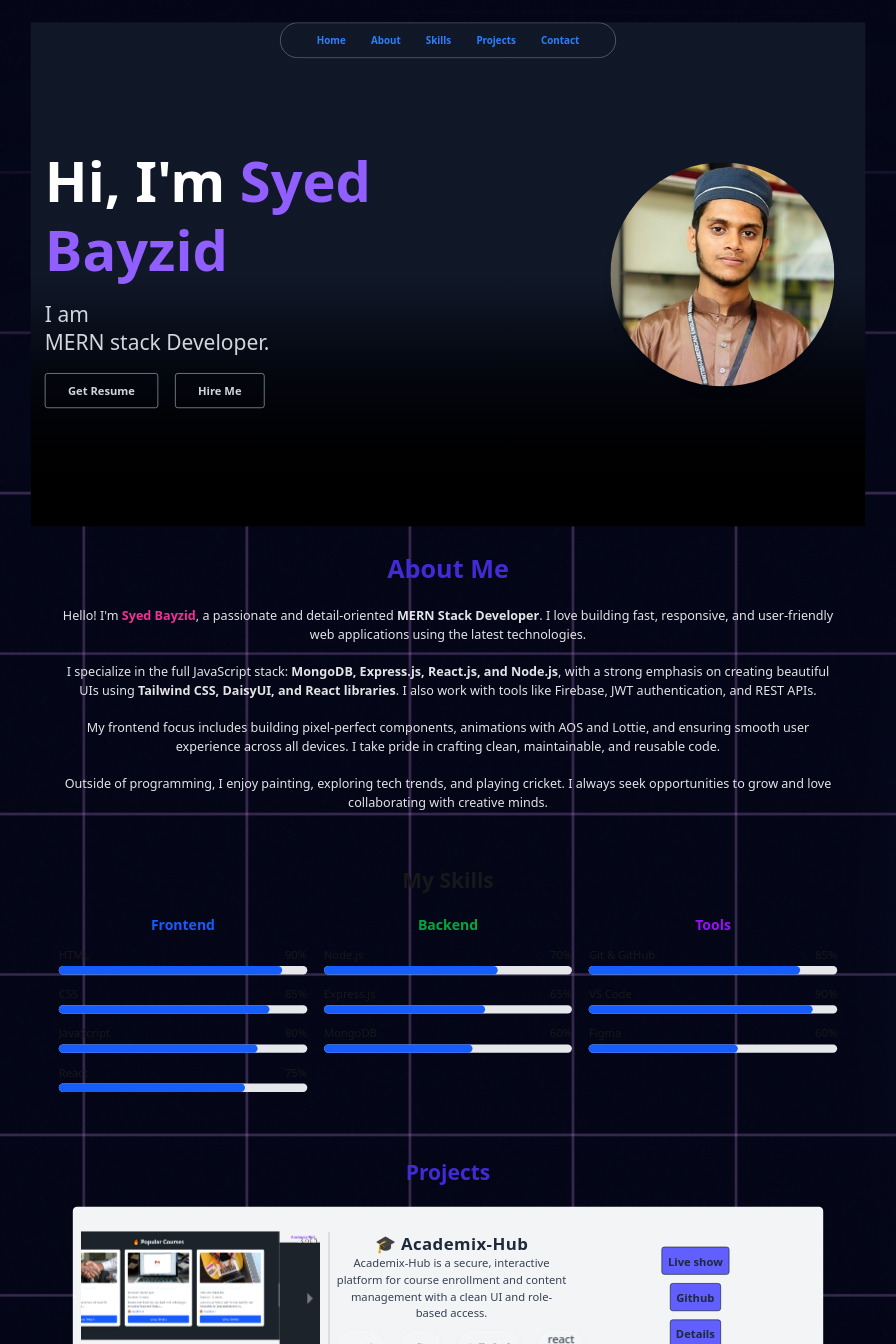
Repository: syedbayzid82849/syed-bayzid
Page: /
The author's editor kept a copy of each file at every save. The page is drawn from the files as they stood at one save, then again after a run of saves.
The browser window is 1280 px wide. The pictures show the part of the page from y = 0 to 1920 px (the page is 2972 px tall), at 70% of full size.
The project was rebuilt for these pictures with package versions that can differ from the ones it lists, and the page was loaded fresh each time. Also part of the build but not shown: vite.config.js, src/App.jsx.

Above is the page before, as saved 2025-08-11 16:19:18.

### index.html
<!doctype html>
<html lang="en">

<head>
  <meta charset="UTF-8" />
  <meta name="viewport" content="width=device-width, initial-scale=1.0" />
  <title>Syed Bayzid</title>
</head>

<body>
  <div id="root"
    style="background-image: url('/src/assets/hero-bg.png'); background-size: cover; background-position: center; min-height: 100vh;">
  </div>
  <script type="module" src="/src/main.jsx"></script>
</body>

</html>

### src/main.jsx
import { StrictMode } from 'react'
import { createRoot } from 'react-dom/client'
import './index.css'
import App from './App.jsx'
import router from './Router/Root/router.jsx'
import { RouterProvider } from 'react-router'

createRoot(document.getElementById('root')).render(
  <StrictMode>
    <div className="max-w-7xl mx-auto"
    >
      <RouterProvider router={router} />
    </div>
  </StrictMode>,
)

### src/index.css
@import "tailwindcss";
@plugin "daisyui";

html {
  scroll-behavior: smooth;
}

/* @layer base {
  :root {
    --background: 222 47% 3%;
    --foreground: 210 40% 98%;
  }

  .dark {
    --background: 222 47% 3%;
    --foreground: 210 40% 98%;
  }
}

@layer base {
  * {
    @apply border-border;
  }

  body {
    @apply bg-background text-foreground font-sans;
  }
}

@layer components {
  .hero-gradient {
    background: var(--gradient-hero);
  }

  .code-block {
    background: var(--gradient-code);
    @apply border border-muted rounded-lg p-3 font-code text-sm;
  }
} */
@layer base {
  :root {
    --hero-primary: 271 81% 56%;
    --hero-secondary: 193 76% 56%;
    --hero-accent: 142 76% 36%;
    --card: 222 47% 5%;
    --card-foreground: 210 40% 98%;
    --muted: 217 33% 17%;
    --muted-foreground: 215 20% 65%;
    --accent: 193 76% 56%;
    --accent-foreground: 222 47% 3%;
  }
}

### src/Router/Root/router.jsx
import React from 'react';
import { createBrowserRouter } from 'react-router';
import HomeLayout from '../../Layouts/HomeLayout/HomeLayout';

const router = createBrowserRouter([
    {
        path: "/",
        element: <HomeLayout></HomeLayout>
    },
]);

export default router;

### src/Layouts/HomeLayout/HomeLayout.jsx
import React from 'react';
import Hero from '../../Components/HomeComponents/Hero';
import AboutMe from '../../Components/AboutMe/AboutMe';
import SkillsSection from '../../Components/SkillsSection/SkillsSection';
import MainProjectsSection from '../../Components/Projects/MainProjectsSection/MainProjectsSection';
import ContactInfo from '../../Components/ContactInfo/ContactInfo';
import Footer from '../../Components/Footer/Footer';
import Navbar from '../../Components/HomeComponents/Navbar/Navbar';

const HomeLayout = () => {
    return (
        <div className='px-3'>
            <Navbar></Navbar>
            <Hero></Hero>
            <AboutMe></AboutMe>
            <SkillsSection></SkillsSection>
            <MainProjectsSection></MainProjectsSection>
            <ContactInfo></ContactInfo>
            <Footer></Footer>
        </div>
    );
};

export default HomeLayout;

### src/Components/HomeComponents/Hero.jsx
import React from 'react';
import toast from 'react-hot-toast';
import { styles } from '../../../style';
import mainProfile from '../../assets/SB.jpg';

const Hero = () => {
    const handleResumeDownload = () => {
        toast.success('Downloading Resume...');
    };

    return (
        <section
            id="home"
            className="bg-gradient-to-b from-gray-900 via-gray-900 to-black text-white transition-colors duration-300 min-h-screen flex items-center"
        >
            <div className="container mx-auto flex flex-col-reverse lg:flex-row items-center justify-between px-5 sm:py-12 gap-10">
                {/* Left Text Content */}
                <div className="max-w-lg text-center lg:text-left space-y-6">
                    <h1 className={`${styles.heroHeadText} text-white`}>
                        Hi, I'm <span className="text-[#915EFF]">Syed Bayzid</span>
                    </h1>
                    <p className={`${styles.heroSubText} mt-2 text-gray-300`}>
                        I am <br className="sm:block hidden" />
                        MERN stack Developer.
                    </p>

                    <div className="flex justify-center lg:justify-start gap-6 mt-6">
                        <a
                            href="/CV of Syed Bayzid.pdf"
                            download
                            target="_blank"
                            rel="noopener noreferrer"
                            onClick={handleResumeDownload}
                            className="px-8 py-3 font-semibold border border-gray-400 rounded text-gray-300 hover:bg-[#915EFF] hover:text-white transition"
                        >
                            Get Resume
                        </a>
                        <a
                            href="https://www.linkedin.com/in/syed-bayzid-b91343329/"
                            target="_blank"
                            rel="noopener noreferrer"
                            className="px-8 py-3 font-semibold border border-gray-400 rounded text-gray-300 hover:bg-gray-700 transition"
                        >
                            Hire Me
                        </a>
                    </div>
                </div>

                {/* Right Image */}
                <div className="flex items-center justify-center p-6 h-72 sm:h-80 lg:h-96 xl:h-[28rem] 2xl:h-[32rem]">
                    <img
                        src={mainProfile}
                        alt="Syed Bayzid Profile"
                        className="rounded-full object-cover w-64 h-64 sm:w-72 sm:h-72 lg:w-80 lg:h-80 shadow-lg"
                    />
                </div>
            </div>
        </section>
    );
};

export default Hero;

### src/Components/AboutMe/AboutMe.jsx
// src/components/AboutMe.jsx
import React from 'react';

const AboutMe = () => {
    return (
        <section id="about" className="px-5 max-w-6xl py-10 mx-auto md:px-5 ">
            <h2 className="text-4xl font-bold text-center mb-8 text-primary">About Me</h2>
            <div className=" mx-auto text-lg text-neutral-content space-y-6">
                <p>
                    Hello! I'm <span class="font-semibold text-secondary">Syed Bayzid</span>, a passionate and detail-oriented <strong>MERN Stack Developer</strong>. I love building fast, responsive, and user-friendly web applications using the latest technologies.
                </p>
                <p>
                    I specialize in the full JavaScript stack: <strong>MongoDB, Express.js, React.js, and Node.js</strong>, with a strong emphasis on creating beautiful UIs using <strong>Tailwind CSS, DaisyUI, and React libraries</strong>. I also work with tools like Firebase, JWT authentication, and REST APIs.
                </p>
                <p>
                    My frontend focus includes building pixel-perfect components, animations with AOS and Lottie, and ensuring smooth user experience across all devices. I take pride in crafting clean, maintainable, and reusable code.
                </p>
                <p>
                    Outside of programming, I enjoy painting, exploring tech trends, and playing cricket. I always seek opportunities to grow and love collaborating with creative minds.
                </p>
            </div>
        </section>
    );
};

export default AboutMe;

### src/Components/SkillsSection/SkillsSection.jsx
import React from 'react';

const SkillsSection = () => {
    const frontendSkills = [
        { name: 'HTML', level: 90 },
        { name: 'CSS', level: 85 },
        { name: 'JavaScript', level: 80 },
        { name: 'React', level: 75 },
    ];

    const backendSkills = [
        { name: 'Node.js', level: 70 },
        { name: 'Express.js', level: 65 },
        { name: 'MongoDB', level: 60 },
    ];

    const tools = [
        { name: 'Git & GitHub', level: 85 },
        { name: 'VS Code', level: 90 },
        { name: 'Figma', level: 60 },
    ];

    const renderSkillBar = (skill) => (
        <div key={skill.name} className="mb-4">
            <div className="flex justify-between mb-1">
                <span>{skill.name}</span>
                <span>{skill.level}%</span>
            </div>
            <div className="w-full bg-gray-200 rounded-full h-3">
                <div
                    className="bg-blue-600 h-3 rounded-full"
                    style={{ width: `${skill.level}%` }}
                ></div>
            </div>
        </div>
    );

    return (
        <section id="skills" className="py-10 px-5 max-w-6xl mx-auto">
            <h2 className="text-3xl font-bold text-center mb-8">My Skills</h2>
            <div className="grid md:grid-cols-3 gap-6">
                <div>
                    <h3 className="text-xl font-semibold mb-4 text-blue-600">Frontend</h3>
                    {frontendSkills.map(renderSkillBar)}
                </div>
                <div>
                    <h3 className="text-xl font-semibold mb-4 text-green-600">Backend</h3>
                    {backendSkills.map(renderSkillBar)}
                </div>
                <div>
                    <h3 className="text-xl font-semibold mb-4 text-purple-600">Tools</h3>
                    {tools.map(renderSkillBar)}
                </div>
            </div>
        </section>
    );
};

export default SkillsSection;

### src/Components/ContactInfo/ContactInfo.jsx
import React from 'react';
import { MdEmail, MdPhone, MdWhatsapp } from 'react-icons/md';

const ContactInfo = () => {
    return (
        <section id='contact' className="py-6 text-slate-100 transition-colors duration-300">
            <h1 className="text-4xl font-bold text-center mb-6 text">Contact</h1>
            <div className="grid max-w-6xl grid-cols-1 px-6 mx-auto lg:px-8 md:grid-cols-2 md:divide-x divide-gray-300 dark:divide-gray-700">
                <div className="py-6 md:py-0 md:px-6">
                    <h2 className="text-3xl font-bold mb-6">Contact Information</h2>
                    <p className="pt-2 pb-4">Fill in the form to start a conversation</p>
                    <div className="space-y-6 text-left">
                        <div className="flex items-center gap-4">
                            <MdEmail className="text-2xl text-blue-600" />
                            <a href="mailto:husains82849@gmail.com" className="text-lg hover:underline">
                                husains82849@gmail.com
                            </a>
                        </div>

                        <div className="flex items-center gap-4">
                            <MdPhone className="text-2xl text-green-600" />
                            <a href="tel:+8801703480840" className="text-lg hover:underline">
                                +880 1703 380 840
                            </a>
                        </div>

                        <div className="flex items-center gap-4">
                            <MdWhatsapp className="text-2xl text-green-500" />
                            <a href="https://wa.me/8801703480840" target="_blank" rel="noopener noreferrer" className="text-lg hover:underline">
                                WhatsApp Me
                            </a>
                        </div>
                    </div>
                </div>

                <form noValidate className="flex flex-col py-6 space-y-6 md:py-0 md:px-6">
                    <label className="block">
                        <span className="mb-1 block">Full name</span>
                        <input
                            type="text"
                            placeholder="Leroy Jenkins"
                            className="py-2 w-full rounded-md shadow-sm focus:ring focus:ring-opacity-75 focus:ring-blue-400 dark:focus:ring-blue-500 bg-white dark:bg-gray-800 border border-gray-300 dark:border-gray-700 text-black dark:text-white"
                        />
                    </label>
                    <label className="block">
                        <span className="mb-1 block">Email address</span>
                        <input
                            type="email"
                            placeholder="leroy@jenkins.com"
                            className="py-2 w-full rounded-md shadow-sm focus:ring focus:ring-opacity-75 focus:ring-blue-400 dark:focus:ring-blue-500 bg-white dark:bg-gray-800 border border-gray-300 dark:border-gray-700 text-black dark:text-white"
                        />
                    </label>
                    <label className="block">
                        <span className="mb-1 block">Message</span>
                        <textarea
                            rows="3"
                            className="w-full rounded-md shadow-sm focus:ring focus:ring-opacity-75 focus:ring-blue-400 dark:focus:ring-blue-500 bg-white dark:bg-gray-800 border border-gray-300 dark:border-gray-700 text-black dark:text-white"
                        ></textarea>
                    </label>
                    <button
                        type="button"
                        className="self-center px-8 py-3 text-lg rounded transition-all duration-300 bg-blue-500 text-white hover:bg-white hover:text-black border border-blue-500 dark:hover:bg-gray-100 dark:hover:text-black"
                    >
                        Submit
                    </button>
                </form>
            </div>
        </section>
    );
};

export default ContactInfo;

### src/Components/HomeComponents/Navbar/Navbar.jsx
import {  Link } from 'react-router';

const Navbar = () => {
    const links = (
        <>
            <li>
                <a
                    href="#home"
                    className=" text-blue-500 font-bold hover:border-blue-800"
                >
                    Home
                </a>
            </li>
            <li>
                <a
                    href="#about"
                    className=" text-blue-500 font-bold hover:border-blue-800"
                >
                    About
                </a>
            </li>
            <li>
                <a
                    href="#skills"
                    className=" text-blue-500 font-bold hover:border-blue-800"
                >
                    Skills
                </a>
            </li>
            <li>
                <a
                    href="#projects"
                    className=" text-blue-500 font-bold hover:border-blue-800"
                >
                    Projects
                </a>
            </li>
            <li>
                <a
                    href="#contact"
                    className=" text-blue-500 font-bold hover:border-blue-800"
                >
                    Contact
                </a>
            </li>
        </>
    );

    return (
        <div className="Navbar shadow-sm ">
            <div className="Navbar-start w-auto fixed">
                <div className="dropdown">
                    <div tabIndex={0} role="button" className="btn btn-ghost lg:hidden">
                        <svg xmlns="http://www.w3.org/2000/svg" className="h-5 w-5" fill="none" viewBox="0 0 24 24" stroke="currentColor">
                            <path strokeLinecap="round" strokeLinejoin="round" strokeWidth="2" d="M4 6h16M4 12h8m-8 6h16" />
                        </svg>
                    </div>
                    <ul tabIndex={0} className="menu menu-sm dropdown-content bg-base-100 rounded-box z-1 mt-3 w-52 p-2 shadow">
                        {links}
                    </ul>
                </div>
            </div>

            <div className="Navbar-center hidden lg:flex justify-center flex-1 ">
                <ul className="menu menu-horizontal px-10  gap-3 fixed border border-gray-500 rounded-full">
                    {links}
                </ul>
            </div>
        </div>

    );
};

export default Navbar;

Loaded but not shown: src/App.css (common file); style.js (common file); src/Components/Footer/Footer.jsx (58 lines, source omitted); src/Components/Projects/MainProjectsSection/MainProjectsSection.jsx (95 lines, source omitted)

After the next 2 saves:
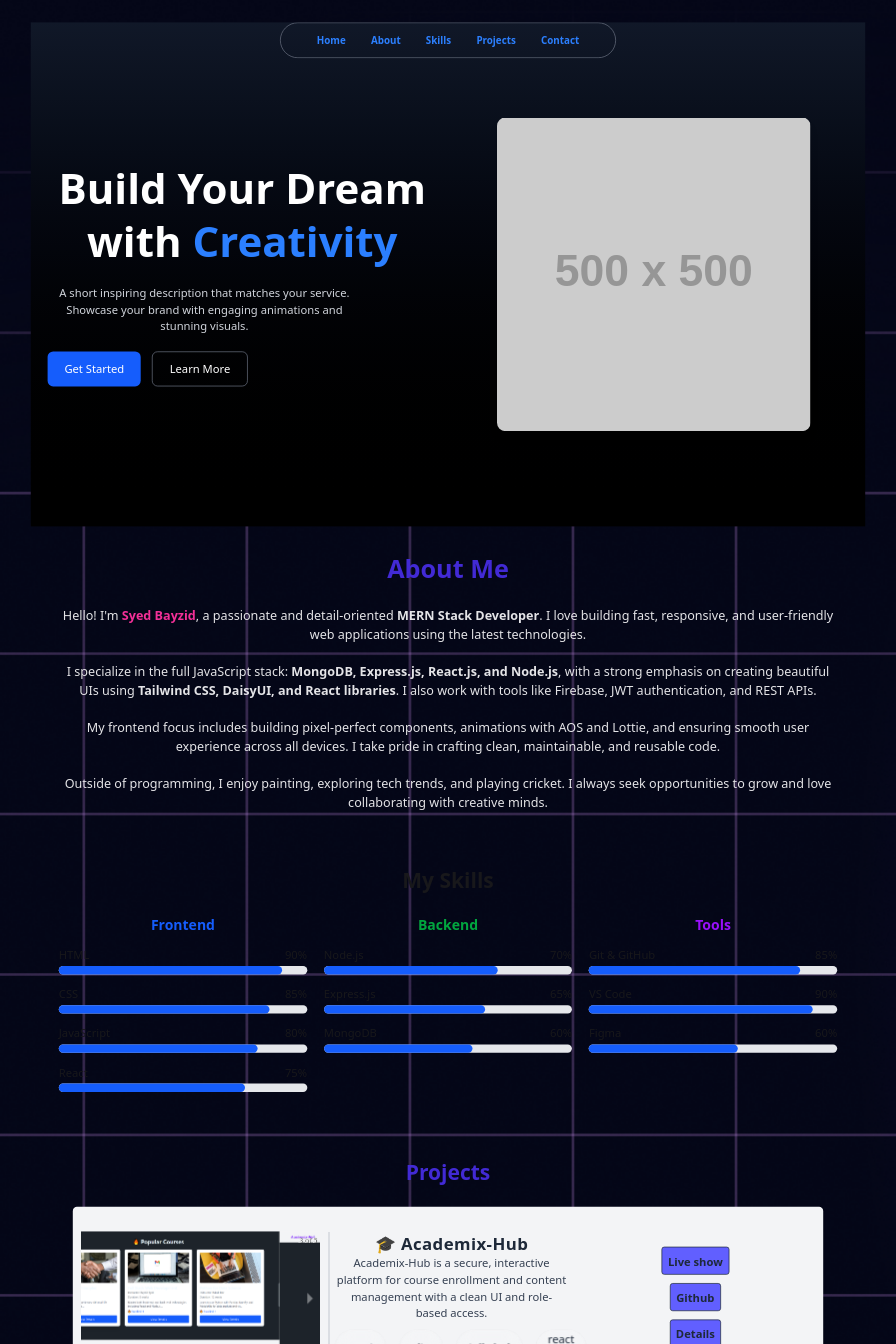
The 2 saves are shown as one change because they came seconds apart.
The last was saved 42 s later.
--- a/src/Components/HomeComponents/Hero.jsx
+++ b/src/Components/HomeComponents/Hero.jsx
@@ -1,62 +1,59 @@
-import React from 'react';
-import toast from 'react-hot-toast';
-import { styles } from '../../../style';
-import mainProfile from '../../assets/SB.jpg';
+import { motion } from "framer-motion";
 
-const Hero = () => {
-    const handleResumeDownload = () => {
-        toast.success('Downloading Resume...');
-    };
+export default function HeroSection() {
+    return (
+        <section className="bg-gradient-to-b from-gray-900 to-black text-white min-h-screen flex items-center">
+            <div className="container mx-auto px-6 grid md:grid-cols-2 gap-8 items-center">
 
-    return (
-        <section
-            id="home"
-            className="bg-gradient-to-b from-gray-900 via-gray-900 to-black text-white transition-colors duration-300 min-h-screen flex items-center"
-        >
-            <div className="container mx-auto flex flex-col-reverse lg:flex-row items-center justify-between px-5 sm:py-12 gap-10">
-                {/* Left Text Content */}
-                <div className="max-w-lg text-center lg:text-left space-y-6">
-                    <h1 className={`${styles.heroHeadText} text-white`}>
-                        Hi, I'm <span className="text-[#915EFF]">Syed Bayzid</span>
+                {/* Left Content */}
+                <motion.div
+                    initial={{ opacity: 0, y: 40 }}
+                    animate={{ opacity: 1, y: 0 }}
+                    transition={{ duration: 0.8 }}
+                    className="space-y-6"
+                >
+                    <h1 className="text-4xl md:text-6xl font-bold leading-tight">
+                        Build Your Dream with <span className="text-blue-500">Creativity</span>
                     </h1>
-                    <p className={`${styles.heroSubText} mt-2 text-gray-300`}>
-                        I am <br className="sm:block hidden" />
-                        MERN stack Developer.
+                    <p className="text-gray-300 max-w-md">
+                        A short inspiring description that matches your service.
+                        Showcase your brand with engaging animations and stunning visuals.
                     </p>
 
-                    <div className="flex justify-center lg:justify-start gap-6 mt-6">
-                        <a
-                            href="/CV of Syed Bayzid.pdf"
-                            download
-                            target="_blank"
-                            rel="noopener noreferrer"
-                            onClick={handleResumeDownload}
-                            className="px-8 py-3 font-semibold border border-gray-400 rounded text-gray-300 hover:bg-[#915EFF] hover:text-white transition"
+                    <div className="flex gap-4">
+                        <motion.button
+                            whileHover={{ scale: 1.05 }}
+                            whileTap={{ scale: 0.95 }}
+                            className="px-6 py-3 bg-blue-600 rounded-lg font-medium hover:bg-blue-700 transition"
                         >
-                            Get Resume
-                        </a>
-                        <a
-                            href="https://www.linkedin.com/in/syed-bayzid-b91343329/"
-                            target="_blank"
-                            rel="noopener noreferrer"
-                            className="px-8 py-3 font-semibold border border-gray-400 rounded text-gray-300 hover:bg-gray-700 transition"
+                            Get Started
+                        </motion.button>
+
+                        <motion.button
+                            whileHover={{ scale: 1.05 }}
+                            whileTap={{ scale: 0.95 }}
+                            className="px-6 py-3 border border-gray-500 rounded-lg font-medium hover:bg-gray-800 transition"
                         >
-                            Hire Me
-                        </a>
+                            Learn More
+                        </motion.button>
                     </div>
-                </div>
+                </motion.div>
 
                 {/* Right Image */}
-                <div className="flex items-center justify-center p-6 h-72 sm:h-80 lg:h-96 xl:h-[28rem] 2xl:h-[32rem]">
+                <motion.div
+                    initial={{ opacity: 0, scale: 0.8 }}
+                    animate={{ opacity: 1, scale: 1 }}
+                    transition={{ duration: 0.8, delay: 0.3 }}
+                    className="flex justify-center"
+                >
                     <img
-                        src={mainProfile}
-                        alt="Syed Bayzid Profile"
-                        className="rounded-full object-cover w-64 h-64 sm:w-72 sm:h-72 lg:w-80 lg:h-80 shadow-lg"
+                        src="https://via.placeholder.com/500"
+                        alt="Hero Graphic"
+                        className="w-full max-w-md rounded-xl shadow-lg"
                     />
-                </div>
+                </motion.div>
+
             </div>
         </section>
     );
-};
-
-export default Hero;
+}
